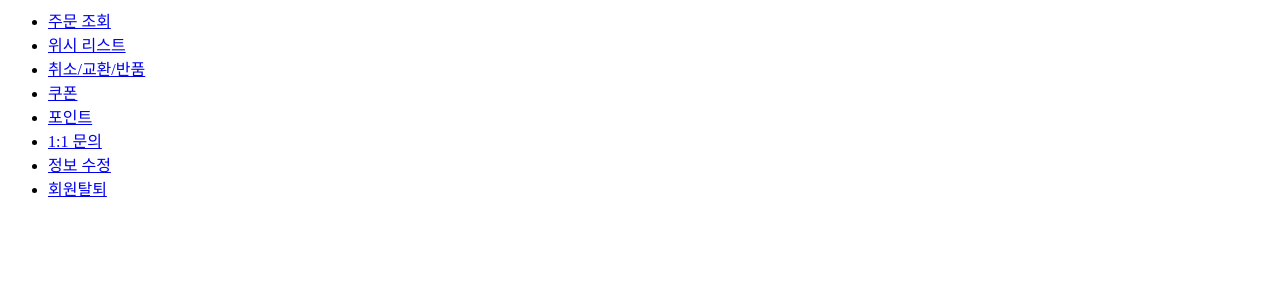
Repository: keepsus/gaebokchi
Page: http://localhost/uzuslime/admin/adminMenu.jsp
The author's editor kept a copy of each file at every save. The page is drawn from the files as they stood at one save, then again after the next save.
The browser window is 1280 px wide. The pictures show the whole page.
The page is served by Tomcat 9. Nobody is signed in. The application's start-up code is not run. Other server files are loaded and not shown.

Above is the page before, as saved 2021-02-02 07:07:25.

### uzuslime/src/main/webapp/admin/adminMenu.jsp
<%@ page language="java" contentType="text/html; charset=UTF-8"
    pageEncoding="UTF-8"%>

 <div class="list-wrap">
     <ul class="menu-links">
         <li><a href="myPageOrder.jsp">주문 조회</a></li>
         <li><a href="myPageWishList.jsp">위시 리스트</a></li>
         <li><a href="#">취소/교환/반품</a></li>
         <li><a href="myPageCoupon.jsp">쿠폰</a></li>
         <li><a href="myPagePoint.jsp">포인트</a></li>
         <li><a href="myPageQuestion.jsp">1:1 문의</a></li>
         <li><a href="/slime/member/memberModifyForm" rel="modal:open">정보 수정</a></li>
         <li><a href="#">회원탈퇴</a></li>
     </ul>
 </div>

After the next save:
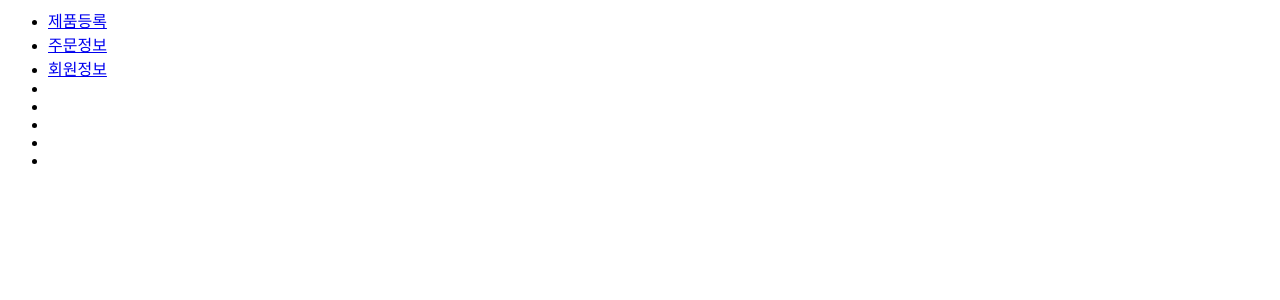
Saved 5 min 9 s later.
--- a/uzuslime/src/main/webapp/admin/adminMenu.jsp
+++ b/uzuslime/src/main/webapp/admin/adminMenu.jsp
@@ -3,13 +3,13 @@
 
  <div class="list-wrap">
      <ul class="menu-links">
-         <li><a href="myPageOrder.jsp">주문 조회</a></li>
-         <li><a href="myPageWishList.jsp">위시 리스트</a></li>
-         <li><a href="#">취소/교환/반품</a></li>
-         <li><a href="myPageCoupon.jsp">쿠폰</a></li>
-         <li><a href="myPagePoint.jsp">포인트</a></li>
-         <li><a href="myPageQuestion.jsp">1:1 문의</a></li>
-         <li><a href="/slime/member/memberModifyForm" rel="modal:open">정보 수정</a></li>
-         <li><a href="#">회원탈퇴</a></li>
+         <li><a href="myPageOrder.jsp">제품등록</a></li>
+         <li><a href="myPageWishList.jsp">주문정보</a></li>
+         <li><a href="#">회원정보</a></li>
+         <li><a href="myPageCoupon.jsp"></a></li>
+         <li><a href="myPagePoint.jsp"></a></li>
+         <li><a href="myPageQuestion.jsp"></a></li>
+         <li><a href="/slime/member/memberModifyForm" rel="modal:open"></a></li>
+         <li><a href="#"></a></li>
      </ul>
  </div>
